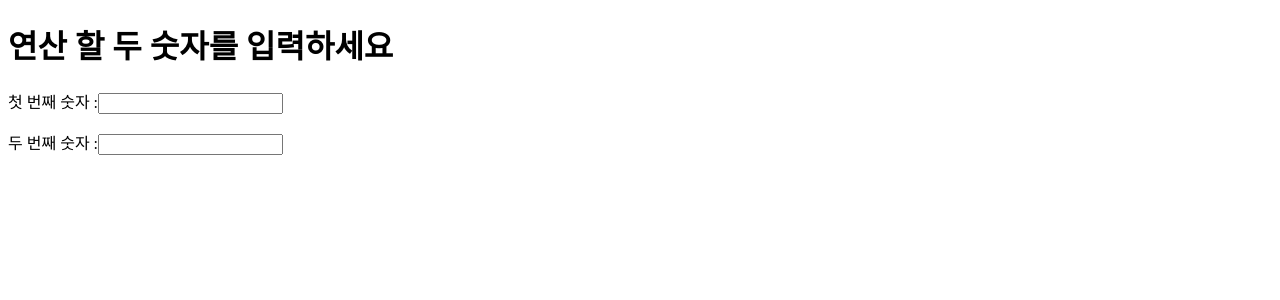
Repository: SongHyeSun/JSP
Page: jspSrc17/och02/src/main/webapp/num.html
The author's editor kept a copy of each file at every save. The page is drawn from the files as they stood at one save, then again after the next save.
The browser window is 1280 px wide. The pictures show the whole page.

Above is the page before, as saved 2024-07-09 07:17:10.

### jspSrc17/och02/src/main/webapp/num.html
<!DOCTYPE html>
<html>
<head>
<meta charset="UTF-8">
<title>Insert title here</title>
</head>
<body>
	<h1>연산 할 두 숫자를 입력하세요</h1>
	<form action="Num" name="frm">
		첫 번째 숫자 :<input type="text" name="num1"><p>
		두 번째 숫자 :<input type="text" name="num2"><p>
	</form>
</body>
</html>

After the next save:
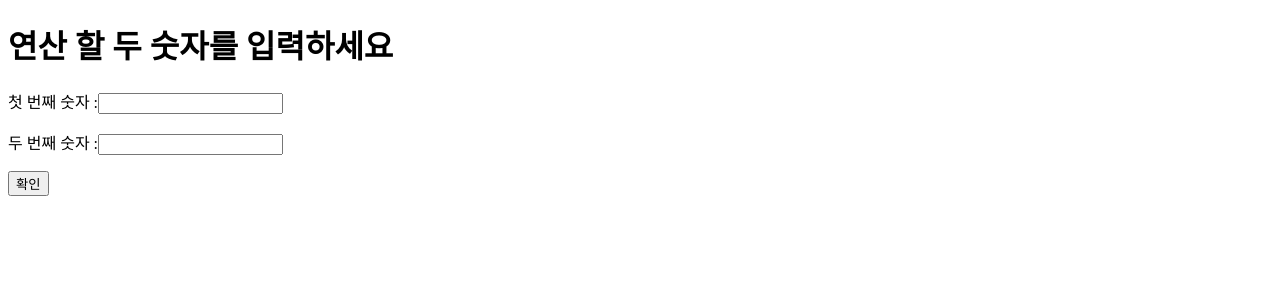
Saved 36 s later.
--- a/jspSrc17/och02/src/main/webapp/num.html
+++ b/jspSrc17/och02/src/main/webapp/num.html
@@ -9,6 +9,7 @@
 	<form action="Num" name="frm">
 		첫 번째 숫자 :<input type="text" name="num1"><p>
 		두 번째 숫자 :<input type="text" name="num2"><p>
+		<input type="submit" value="확인">
 	</form>
 </body>
 </html>
